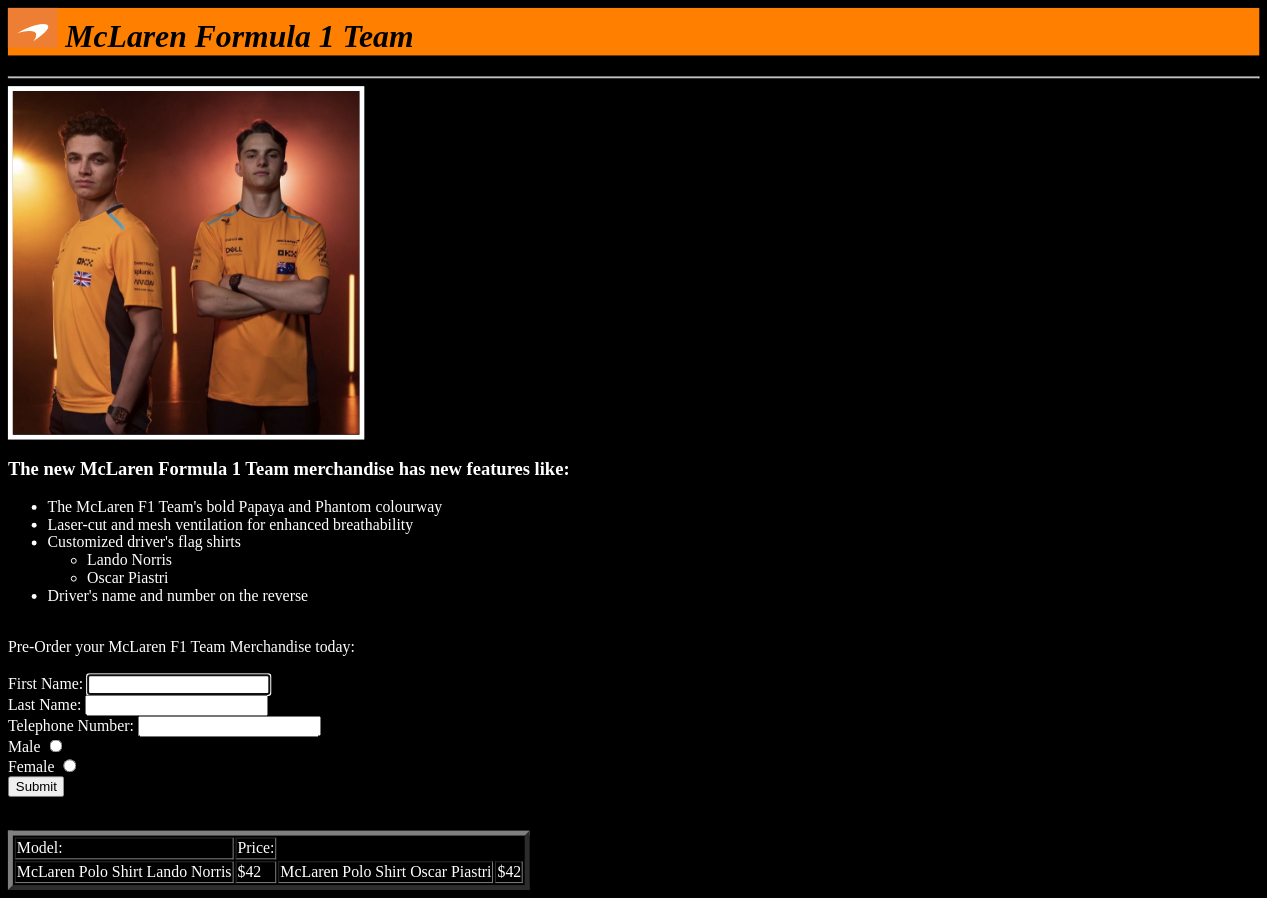
Repository: nvera007/nicolevera-resume
Page: Lab1/Index.html
The author's editor kept a record of every edit. The page is drawn from the files as they stood at one moment, then again after the next edit.
The browser window is 1280 px wide. The pictures show the whole page, at 99% of full size.

Above is the page before.

### Lab1/Index.html
<html
<head>
 <title>McLaren Formula 1 Team</title>
 <style>
h1{
    background-color: #FF8000;
    color: #000000;
}
</style>
<meta name="author" content="862368526">
</head>
<body bgcolor="black" text="white">
    <h1>
    <img src="logo.png" width="50">
    <i>
          McLaren Formula 1 Team
    </i>
    </h1>
    <hr/>
    <img src="shirt.JPG" width="350" border="5">
    <p>
        <h3>The new McLaren Formula 1 Team merchandise has new features like:</h3>
        <ul>
            <li> The McLaren F1 Team's bold Papaya and Phantom colourway</li>
            <li> Laser-cut and mesh ventilation for enhanced breathability</li>
            <li> Customized driver's flag shirts</li>
            <ul>
            <li> Lando Norris
            <Li> Oscar Piastri
            </ul>
            <li> Driver's name and number on the reverse
        </ul>
    </p>
    <br>
    Pre-Order your McLaren F1 Team Merchandise today:
<br>
<br>
<form name="input">
First Name: <input type="text" name="fname" autofocus />
<br>
Last Name: <input type="text" name="lname">
<br>
Telephone Number: <input type="text" name="telephone">
<br>
Male <input type="radio" name="sex" value="male">
<br>
Female <input type="radio" name="sex" value="female">
<br>
<input type="submit" value="Submit">
<br>
<br>
</form>
<table border="5">
<tr>
    <td>Model:</td>
    <td>Price:</td>
</tr>
<td>McLaren Polo Shirt Lando Norris</td>
<td>$42</td>
<td>McLaren Polo Shirt Oscar Piastri</td>
    <td>$42</td>
</table>
</body>
</html>

After the next edit:
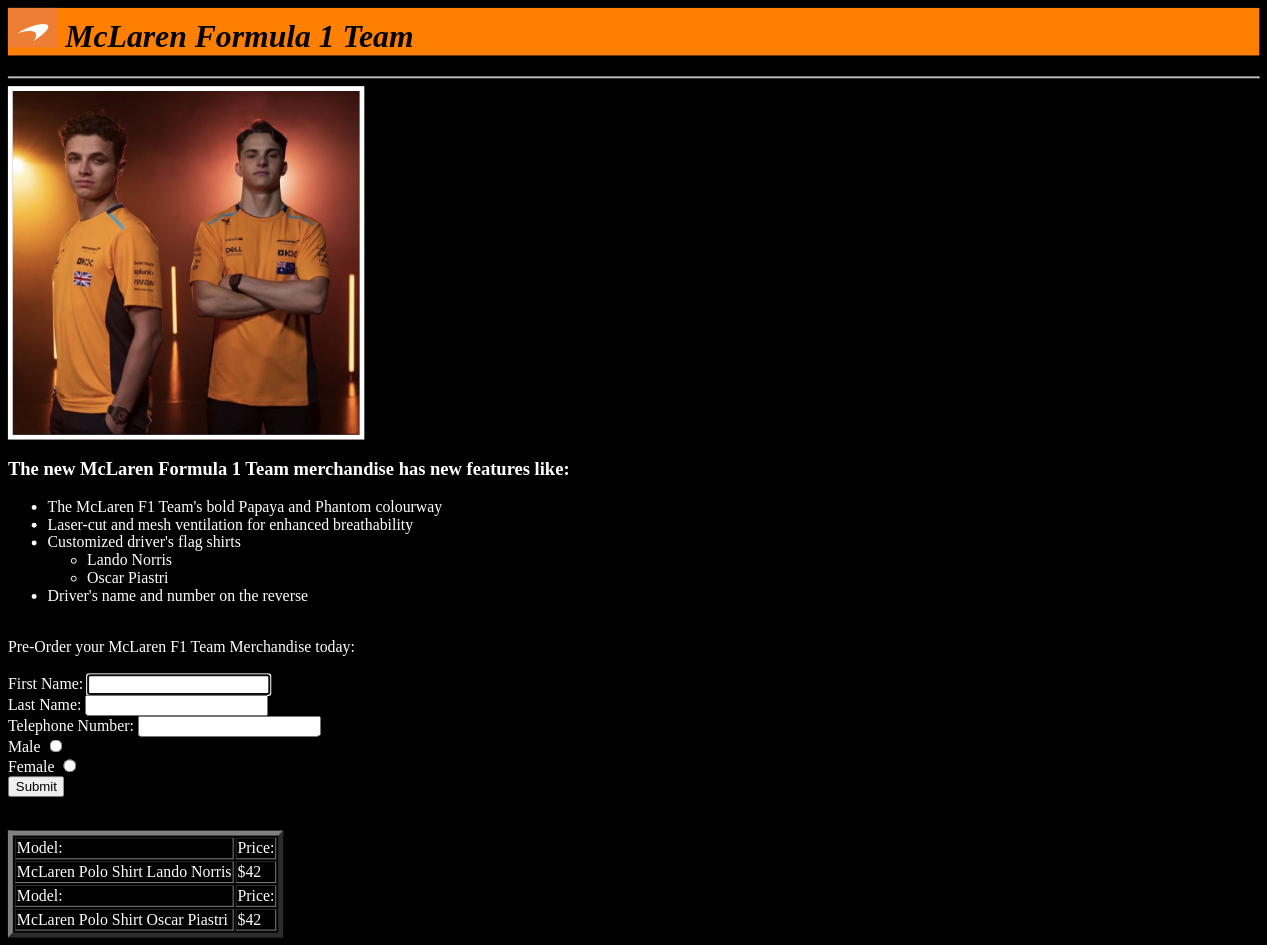
The edit:
--- a/Lab1/Index.html
+++ b/Lab1/Index.html
@@ -57,8 +57,12 @@
 </tr>
 <td>McLaren Polo Shirt Lando Norris</td>
 <td>$42</td>
+<tr>
+    <td>Model:</td>
+    <td>Price:</td>
+</tr>
 <td>McLaren Polo Shirt Oscar Piastri</td>
-    <td>$42</td>
+<td>$42</td>
 </table>
 </body>
 </html>
